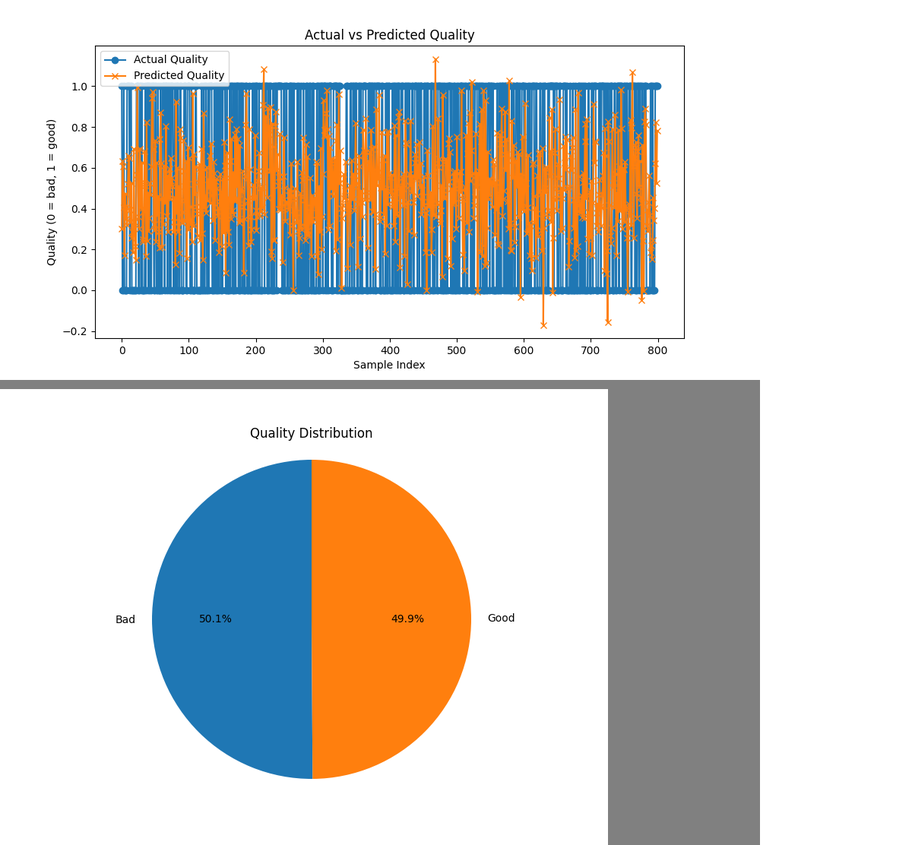
Repository: sjetti5555/GenAi
Script's output: python Training/AllDomains/appleQualitycopy1.py
These files come from the project's save history. The script's output is drawn as it stood at one moment and after the next save; the edit follows.
The pictures are shown at 76% of full size.
Each picture stacks the figures in order, with grey between them; figures that are only written to a file come last. Random numbers start from a fixed seed.

Above is the script's output before, as saved 2024-10-26 11:45:47.

### Training/AllDomains/appleQualitycopy1.py
import pandas as pd
import matplotlib.pyplot as plt
import seaborn as sns
from sklearn.model_selection import train_test_split
from sklearn.linear_model import LinearRegression
from sklearn.metrics import mean_squared_error, r2_score
import numpy as np

# Load the dataset
file_path = r'C:\Users\srira\OneDrive\Desktop\Gen_AI\Training\AllDomains\apple_quality.csv' # Update this path
data = pd.read_csv(file_path)

# Display the first few rows of the dataset
print("First few rows of the dataset:")
print(data.head())

print(data.info())

# Display basic statistics
print("\nBasic statistics:")
print(data.describe())

# Check for missing values
print("\nMissing values in each column:")
print(data.isnull().sum())


# Preprocess the data
data['Quality'] = data['Quality'].map({'good': 1, 'bad': 0})  # Convert Quality to binary
features = ['Weight', 'Sweetness', 'Crunchiness', 'Juiciness', 'Ripeness', 'Acidity']
X = data[features]
y = data['Quality']

# Split the data into training and testing sets
X_train, X_test, y_train, y_test = train_test_split(X, y, test_size=0.2, random_state=42)

# Train a Linear Regression model
model = LinearRegression()
model.fit(X_train, y_train)

# Make predictions
y_pred = model.predict(X_test)

# Evaluate the model
mse = mean_squared_error(y_test, y_pred)
r2 = r2_score(y_test, y_pred)
print(f'Mean Squared Error: {mse}')
print(f'R² Score: {r2}')

# Visualize the results
# 1. Perplexity plot (using Mean Squared Error as a proxy for perplexity)
plt.figure(figsize=(10, 5))
plt.plot(y_test.reset_index(drop=True), label='Actual Quality', marker='o')
plt.plot(y_pred, label='Predicted Quality', marker='x')
plt.title('Actual vs Predicted Quality')
plt.xlabel('Sample Index')
plt.ylabel('Quality (0 = bad, 1 = good)')
plt.legend()
plt.show()

# 2. Pie chart for quality distribution
quality_counts = data['Quality'].value_counts()
plt.figure(figsize=(8, 6))
plt.pie(quality_counts, labels=['Bad', 'Good'], autopct='%1.1f%%', startangle=90)
plt.title('Quality Distribution')
plt.axis('equal')  # Equal aspect ratio ensures that pie chart is circular.
plt.show()

Loaded but not shown: Training/AllDomains/apple_quality.csv (4001 lines, source omitted)

After the next save:
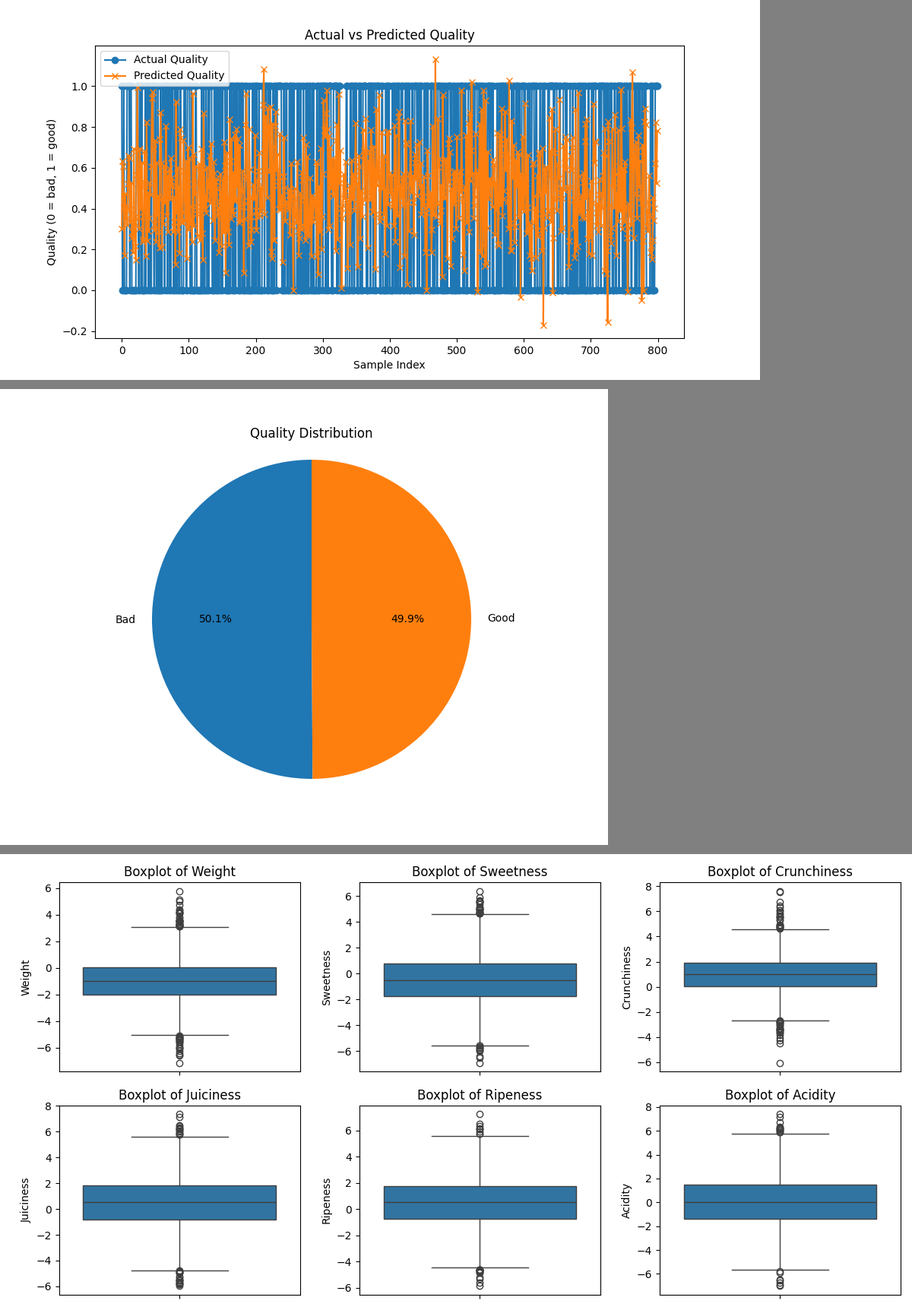
Saved 95 s later.
--- a/Training/AllDomains/appleQualitycopy1.py
+++ b/Training/AllDomains/appleQualitycopy1.py
@@ -65,3 +65,12 @@ plt.pie(quality_counts, labels=['Bad', 'Good'], autopct='%1.1f%%', startangle=90
 plt.title('Quality Distribution')
 plt.axis('equal')  # Equal aspect ratio ensures that pie chart is circular.
 plt.show()
+
+# 3. Boxplots for outliers in all features
+plt.figure(figsize=(12, 6))
+for i, column in enumerate(features):
+    plt.subplot(2, (len(features) + 1) // 2, i + 1)
+    sns.boxplot(y=data[column])
+    plt.title(f'Boxplot of {column}')
+plt.tight_layout()
+plt.show()
